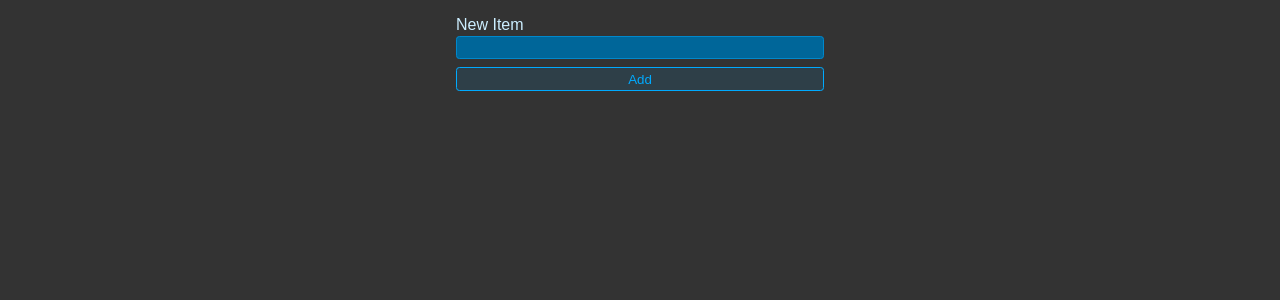
Repository: lvcg/react-todo-list-app
Page: /
These files come from the project's save history. The page is drawn as it stood at one moment and after the next save; the edit follows.
The browser window is 1280 px wide. The pictures show the whole page.
The project was rebuilt for these pictures with package versions that can differ from the ones it lists, and the page was loaded fresh each time. Also part of the build but not shown: vite.config.js.

Above is the page before, as saved 2024-02-23 13:24:22.

After the next save:
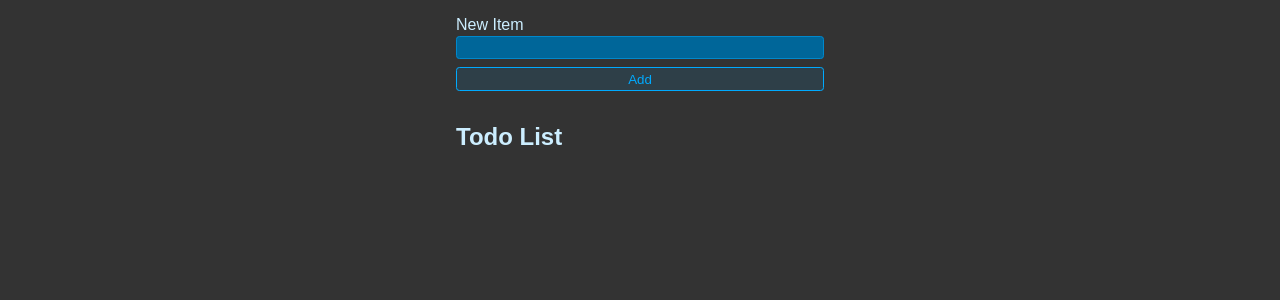
Saved 6 s later.
--- a/src/App.jsx
+++ b/src/App.jsx
@@ -9,7 +9,7 @@ export default function App () {
       <input type="text" id="item" />
     </div>
     <button className="btn">Add </button>
-    <h1 className="header"></h1>
+    <h1 className="header">Todo List</h1>
   </form>
   </>
   )
